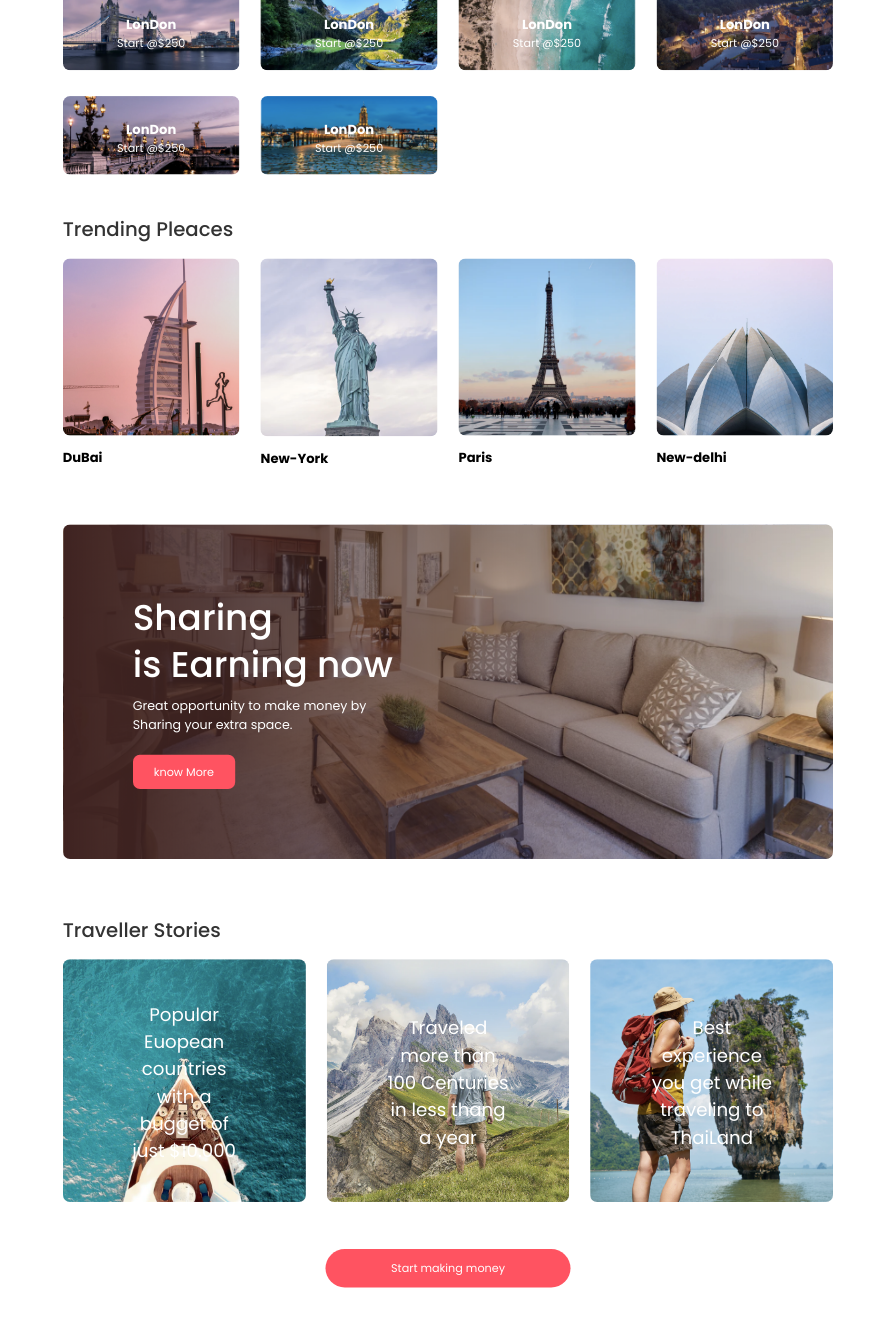
Repository: pinocoding/AirBnB
Page: house.html
An editor plug-in stored every save of this project. The page is shown before and after the next save, followed by the edit.
The browser window is 1280 px wide. The pictures show the part of the page from y = 845 to 2765 px (the page is 2745 px tall before and 2765 px after), at 70% of full size.

Above is the page before, as saved 2022-01-23 16:19:10.

After the next save:
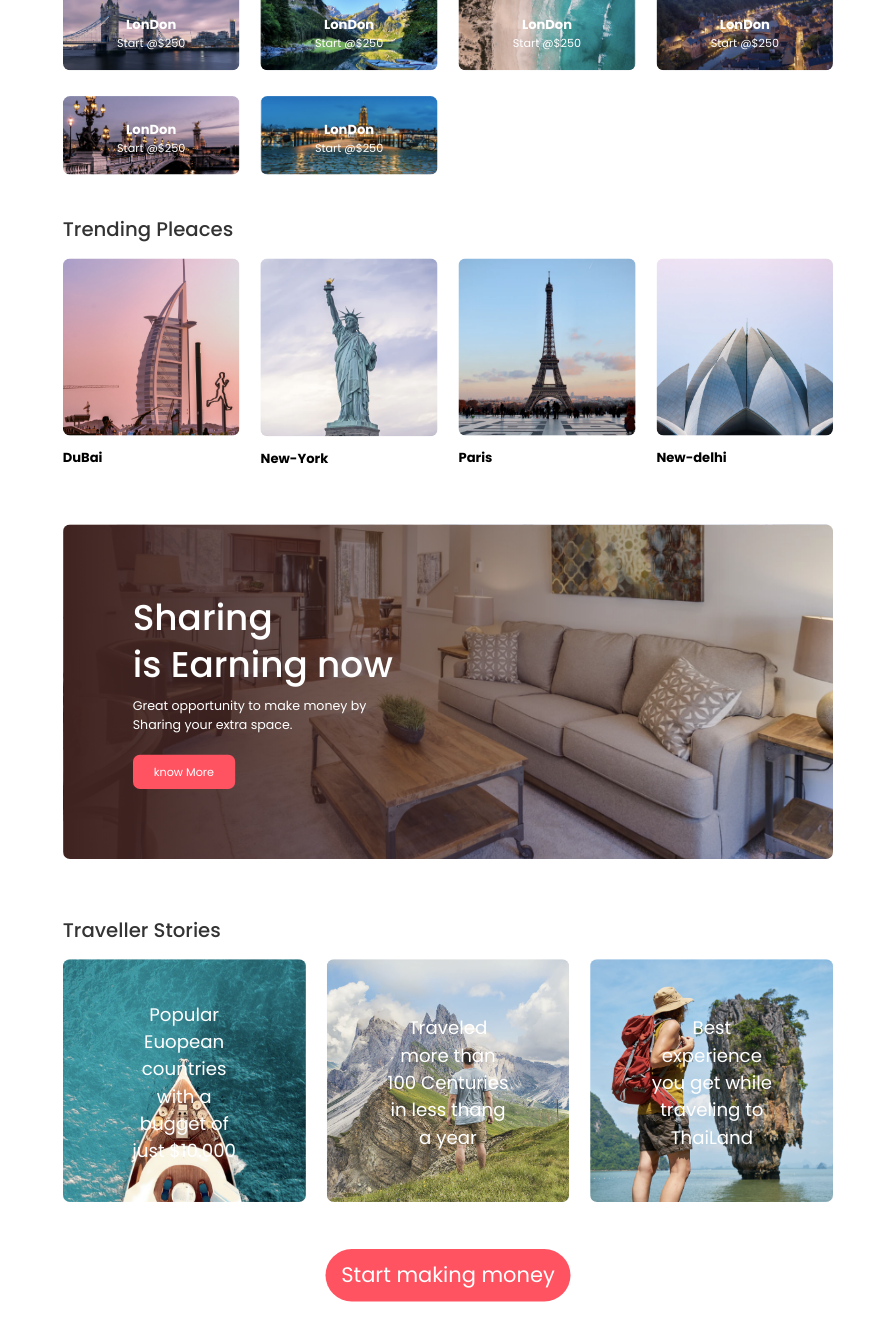
Saved 5 s later.
--- a/style.css
+++ b/style.css
@@ -206,6 +206,7 @@ padding-top: 22%
   text-decoration: none;
   background-color: #ff5361;
   color: var(--text-colorWhite);
+  font-size: 30px;
   width: 80%;
   max-width: 350px;
   display: block;
